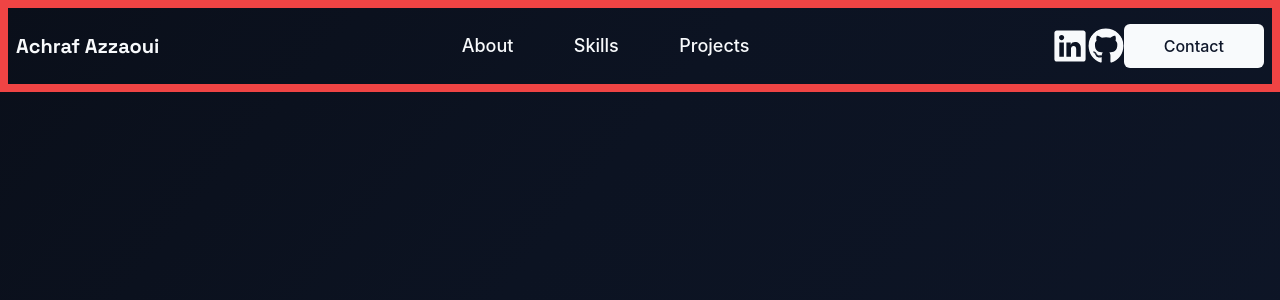
Repository: AchrafAzzaoui/Portfolio-Website
Page: / (app in achrafs-portfolio/)
These files come from the project's save history. The page is drawn as it stood at one moment and after the next save; the edit follows.
The browser window is 1280 px wide. The pictures show the whole page.
Some web fonts or font styles are not loaded; a fallback is used. The project was rebuilt for these pictures with package versions that can differ from the ones it lists, and the page was loaded fresh each time. Also part of the build but not shown: achrafs-portfolio/vite.config.ts.

Above is the page before, as saved 2025-01-02 22:19:13.

After the next save:
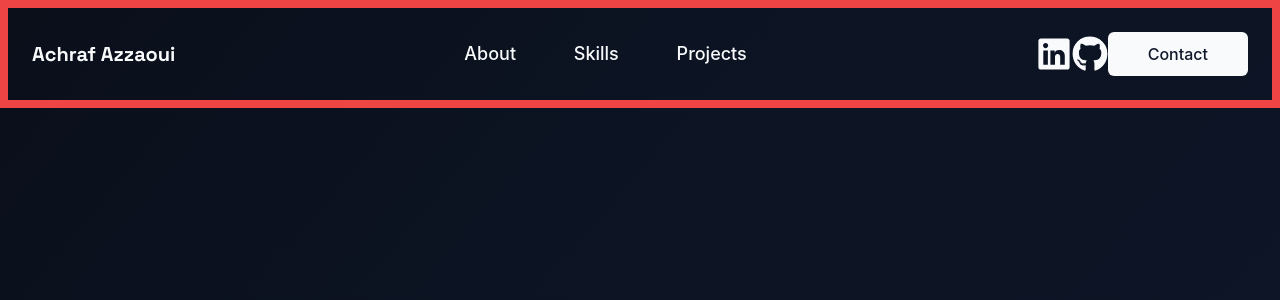
Saved 11 s later.
--- a/achrafs-portfolio/src/components/layout/Header.tsx
+++ b/achrafs-portfolio/src/components/layout/Header.tsx
@@ -7,7 +7,7 @@ export default function Header() {
 
   return (
     <header className="px-2 py-4 border-8 border-red-500">
-      <nav className="flex ">
+      <nav className="flex px-4 py-2">
         <div className="basis-3/16 flex-auto flex justify-start items-center font-display font-bold text-dark-text-primary">
           <h2 className="text-xl">Achraf Azzaoui</h2>
         </div>
